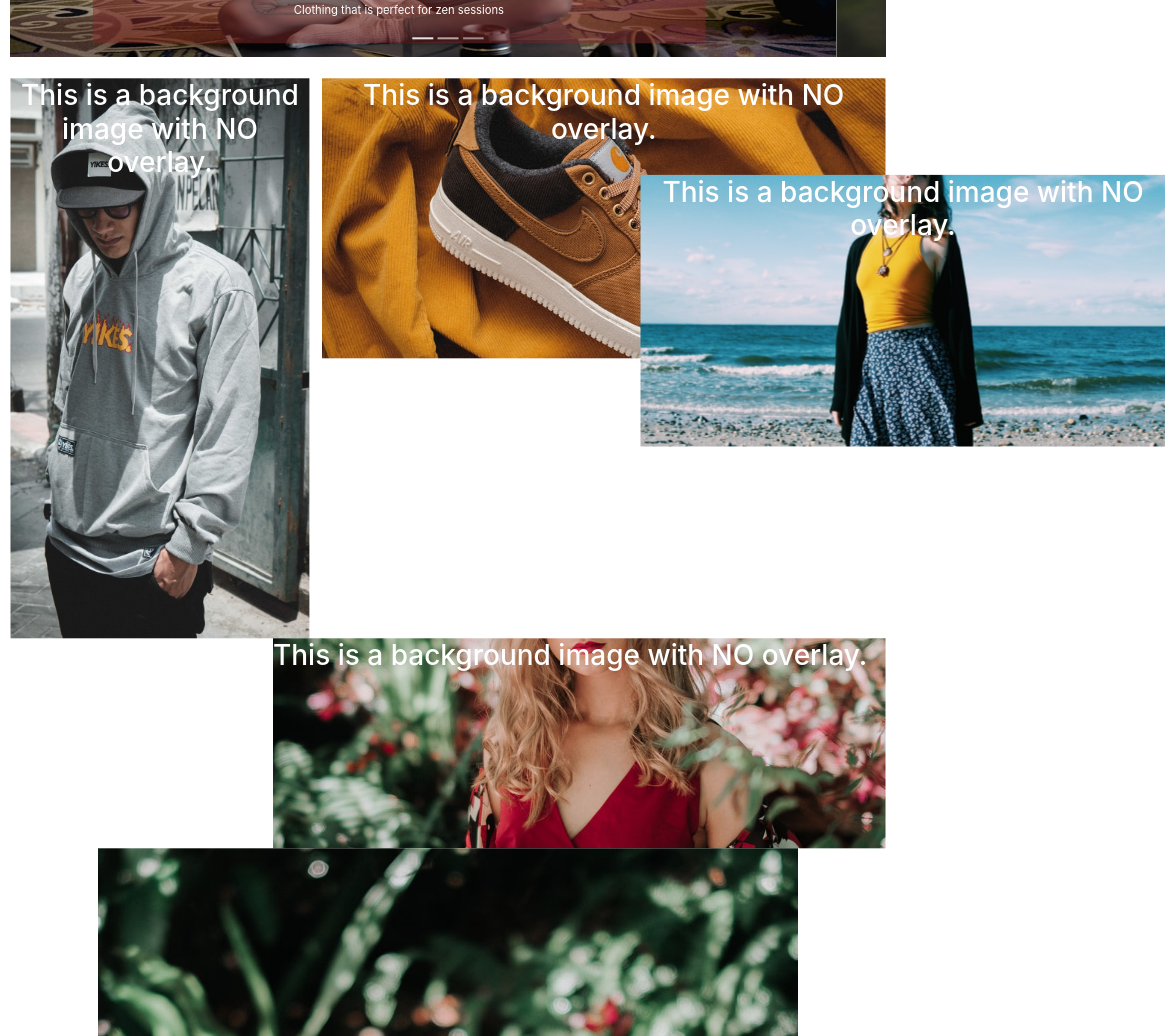
Repository: Ajtheult/Luma-Challenge-Site
Page: /
The author's editor kept a copy of each file at every save. The page is drawn from the files as they stood at one save, then again after the next save.
The browser window is 1280 px wide. The page is 1665 px wide, then 1280 px, so the pictures cover 1665 px, including what lies to the right of the window. The pictures show the part of the page from y = 527 to 2007 px (the page is 4733 px tall before and 3267 px after), at 70% of full size.
The project was rebuilt for these pictures with package versions that can differ from the ones it lists, and the page was loaded fresh each time.

Above is the page before, as saved 2020-08-31 12:11:39.

After the next save:
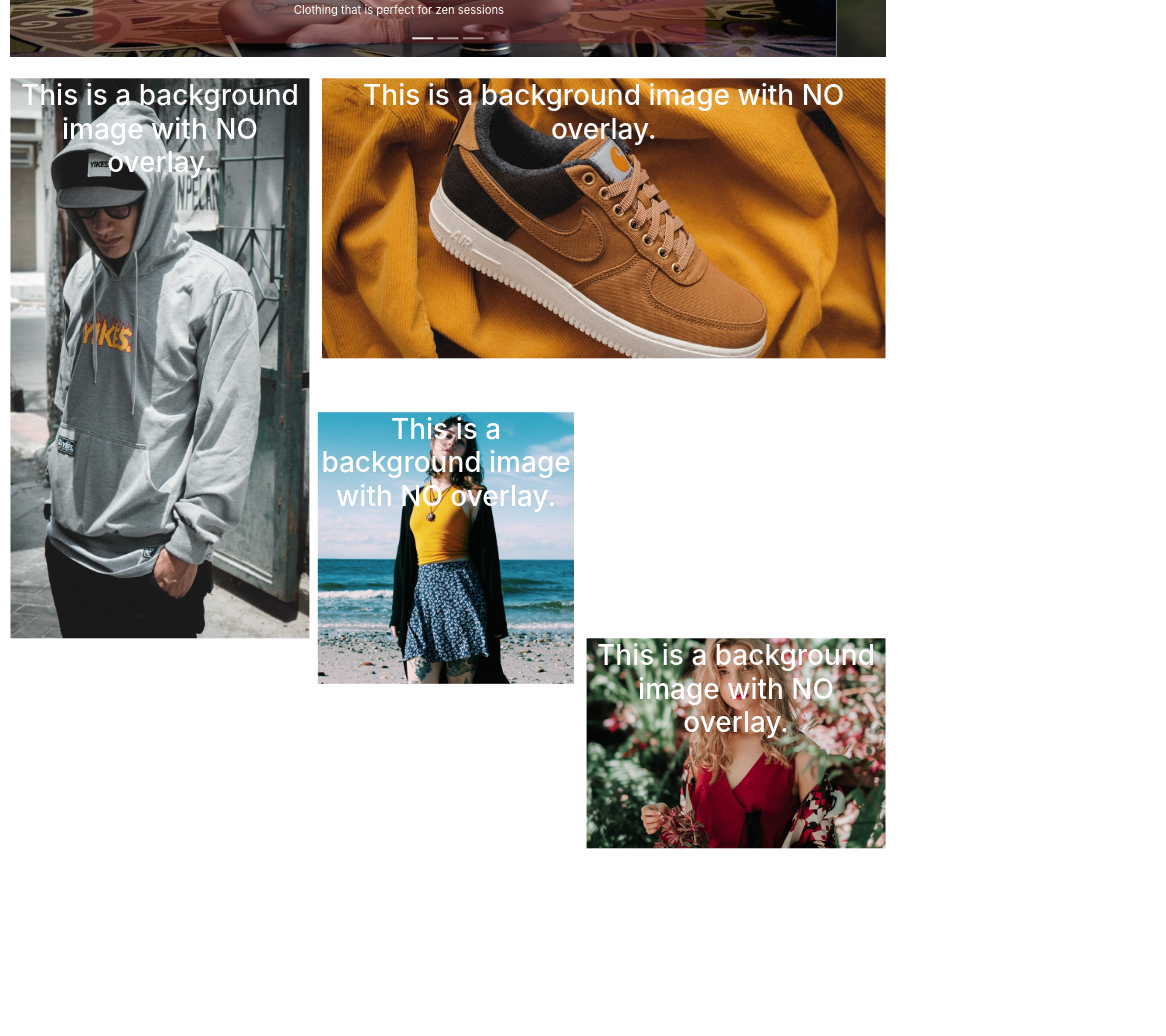
Saved 13 s later.
--- a/src/components/layout/pages/Home.js
+++ b/src/components/layout/pages/Home.js
@@ -94,8 +94,6 @@
                 <h1>This is a background image with NO overlay.</h1>
               </div>
             </div>
-
-            <img src={garden} alt="hoodie" className="right_size" />
           </Col>
         </Row>
         <Row>
